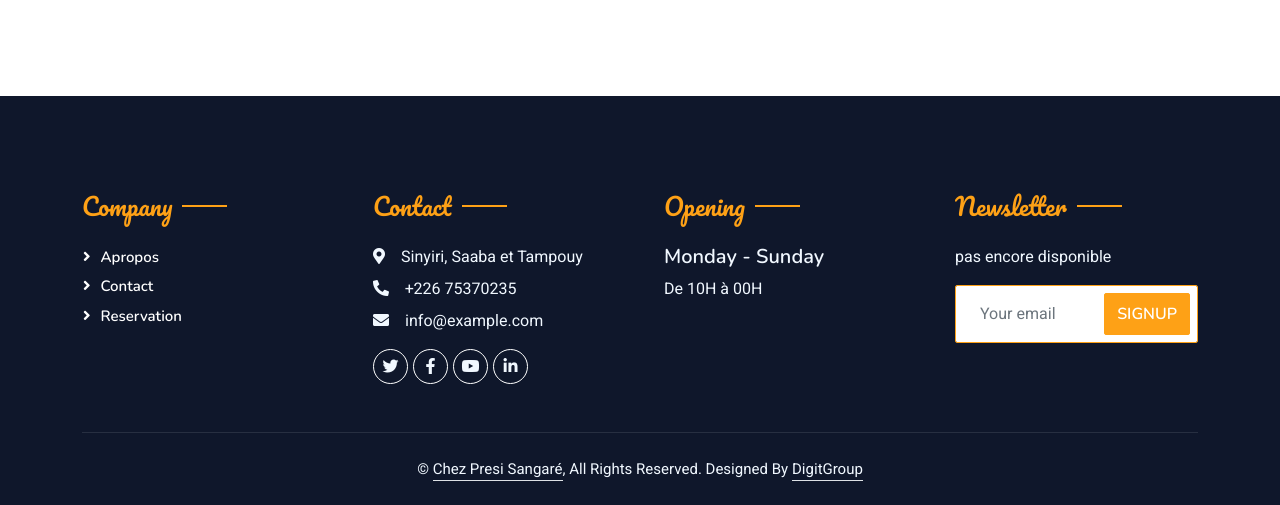
Repository: BDGomar/Presi
Page: contact.html
The author's editor kept a copy of each file at every save. The page is drawn from the files as they stood at one save, then again after the next save.
The browser window is 1280 px wide. The pictures show the part of the page from y = 1089 to 1679 px (the page is 1594 px tall before and 1679 px after).
Pictures or frames that could not be fetched are drawn as grey boxes. Some web libraries are served in a nearby version.

Above is the page before, as saved 2024-11-12 20:08:18.

After the next save:
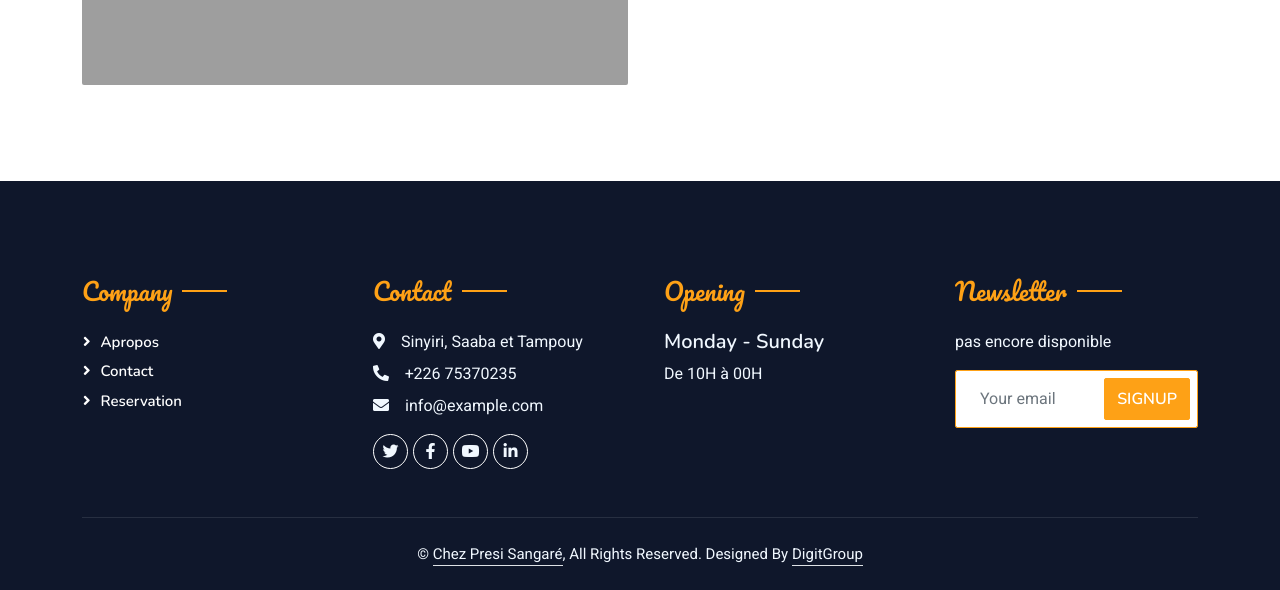
Saved 45 s later.
--- a/contact.html
+++ b/contact.html
@@ -109,7 +109,7 @@
                     <div class="col-md-6 wow fadeIn" data-wow-delay="0.1s">
                         <iframe class="position-relative rounded w-100 h-100"
                             src="https://www.google.com/maps/embed?pb=!1m18!1m12!1m3!1d31174.813763910544!2d-1.5695872!3d12.3928576!2m3!1f0!2f0!3f0!3m2!1i1024!2i768!4f13.1!3m3!1m2!1s0xe2e9500549f2819%3A0xb0d5f7b4d1cfb6d4!2sCHEZ%20PRESI%20SANGAR%C3%89%20TAMPOUY!5e0!3m2!1sfr!2sbf!4v1731442011447!5m2!1sfr!2sbf"
-                            frameborder="0" style="min-height: 350px; border:0;" allowfullscreen="" aria-hidden="false"
+                            frameborder="0" style="min-height: 450px; border:0;" allowfullscreen="" aria-hidden="false"
                             tabindex="0"></iframe>
                     </div>
                     <div class="col-md-6">
